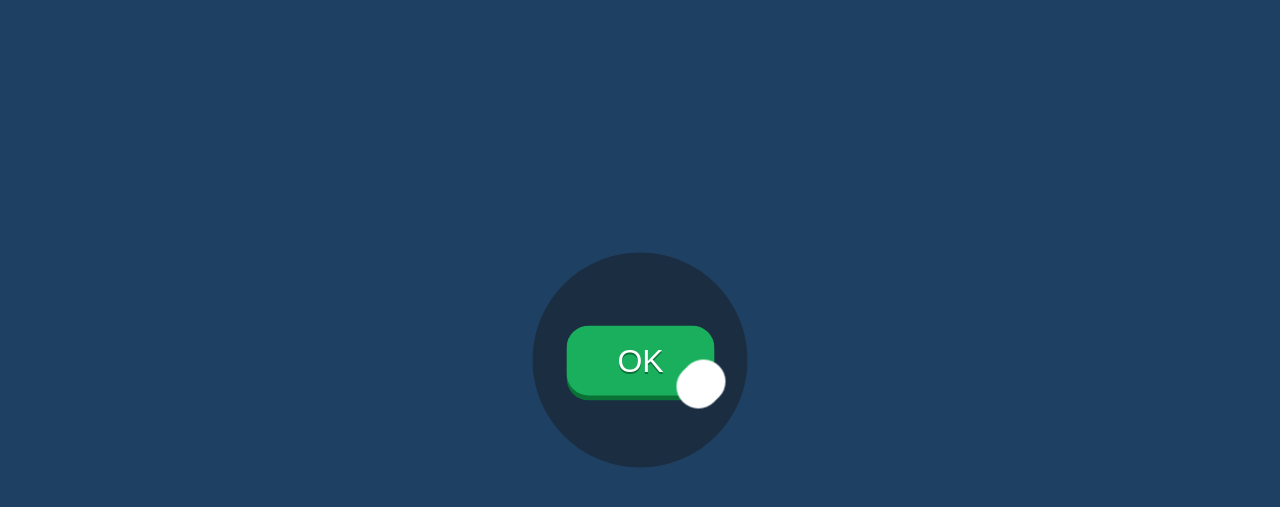
Repository: Folody-Team/Bubble-Button
Page: index.html
The author's editor kept a copy of each file at every save. The page is drawn from the files as they stood at one save, then again after the next save.
The browser window is 1280 px wide. The pictures show the whole page.

Above is the page before, as saved 2022-01-18 10:40:03.

After the next save:
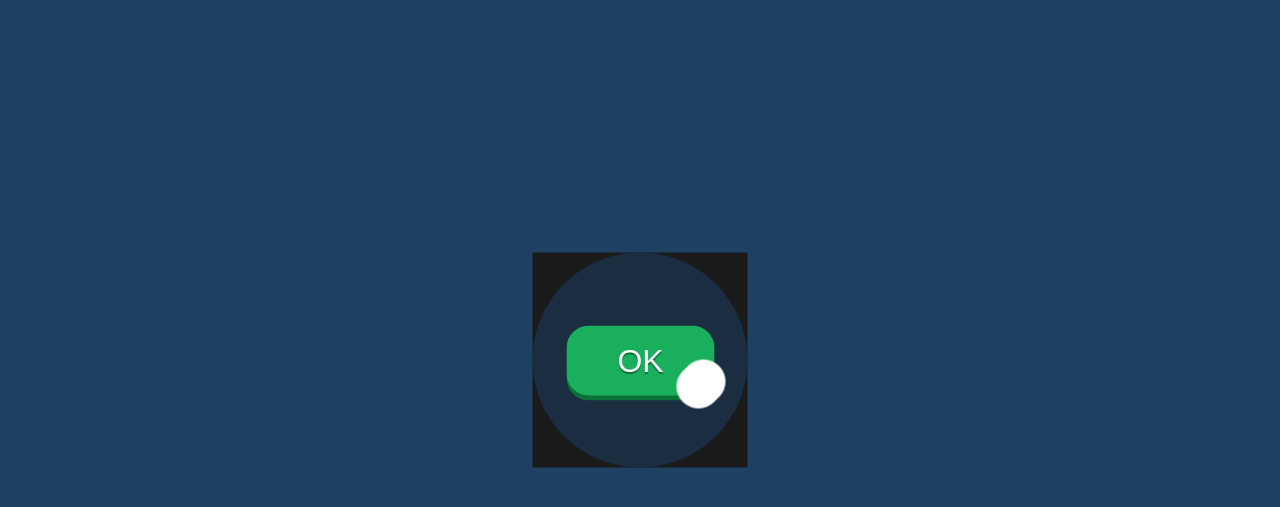
Saved 27 s later.
--- a/style.css
+++ b/style.css
@@ -5,6 +5,7 @@
   width: 215px;
   height: 215px;
   position: absolute;
+  background: #1a1a1a;
   top: 50%;
   left: 50%;
   -webkit-user-select: none;
